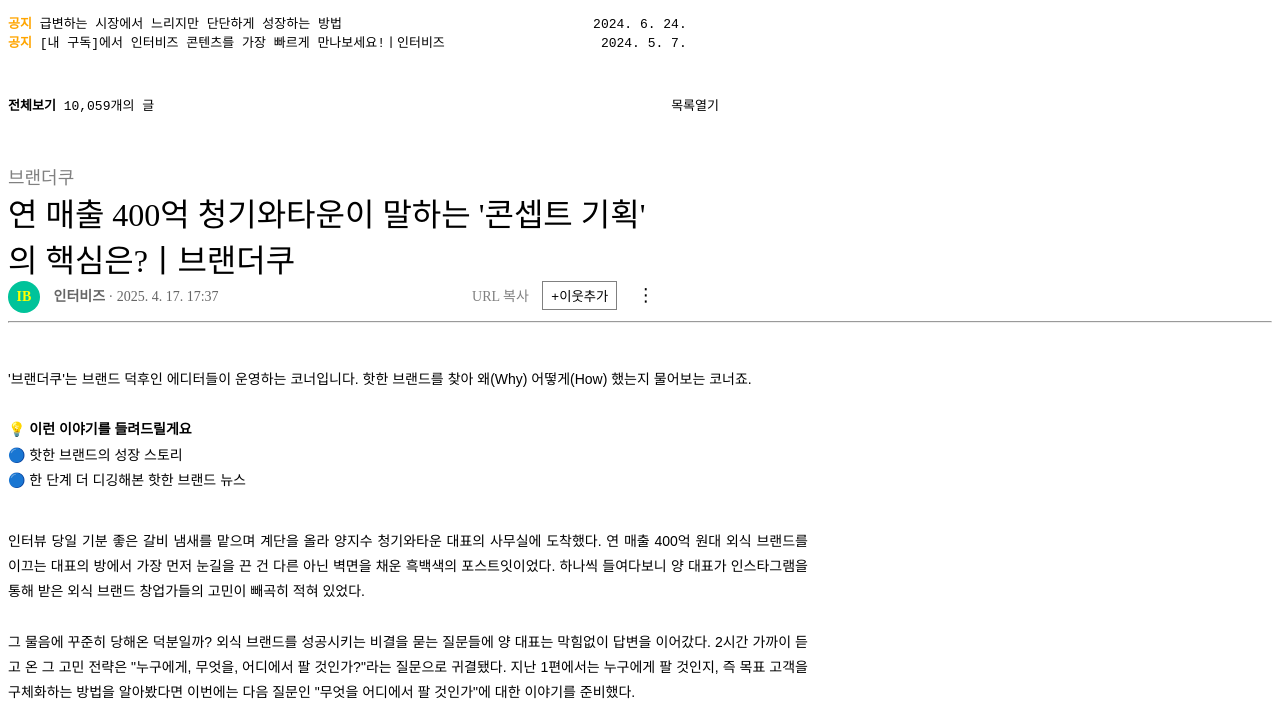
Repository: msgggg1/webPro
Page: webPro/src/main/webapp/html/days02/ex11.html
The author's editor kept a copy of each file at every save. The page is drawn from the files as they stood at one save, then again after the next save.
The browser window is 1280 px wide. The pictures show the whole page.

Above is the page before, as saved 2025-04-22 15:30:04.

After the next save:
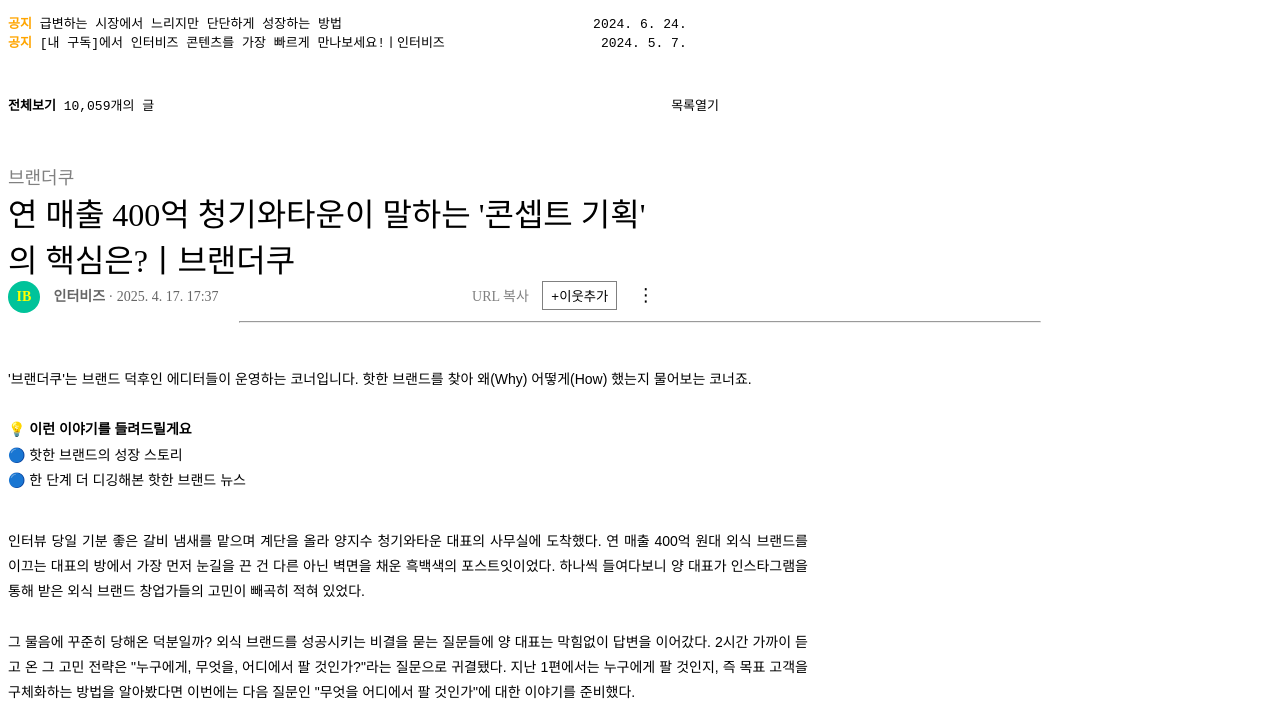
Saved 34 s later.
--- a/webPro/src/main/webapp/html/days02/ex11.html
+++ b/webPro/src/main/webapp/html/days02/ex11.html
@@ -60,7 +60,7 @@
   ⋮
 </button>
 </font>
-<hr>
+<hr style="width: 800px">
 <br>
 <br>
 <!-- 본문 -->
